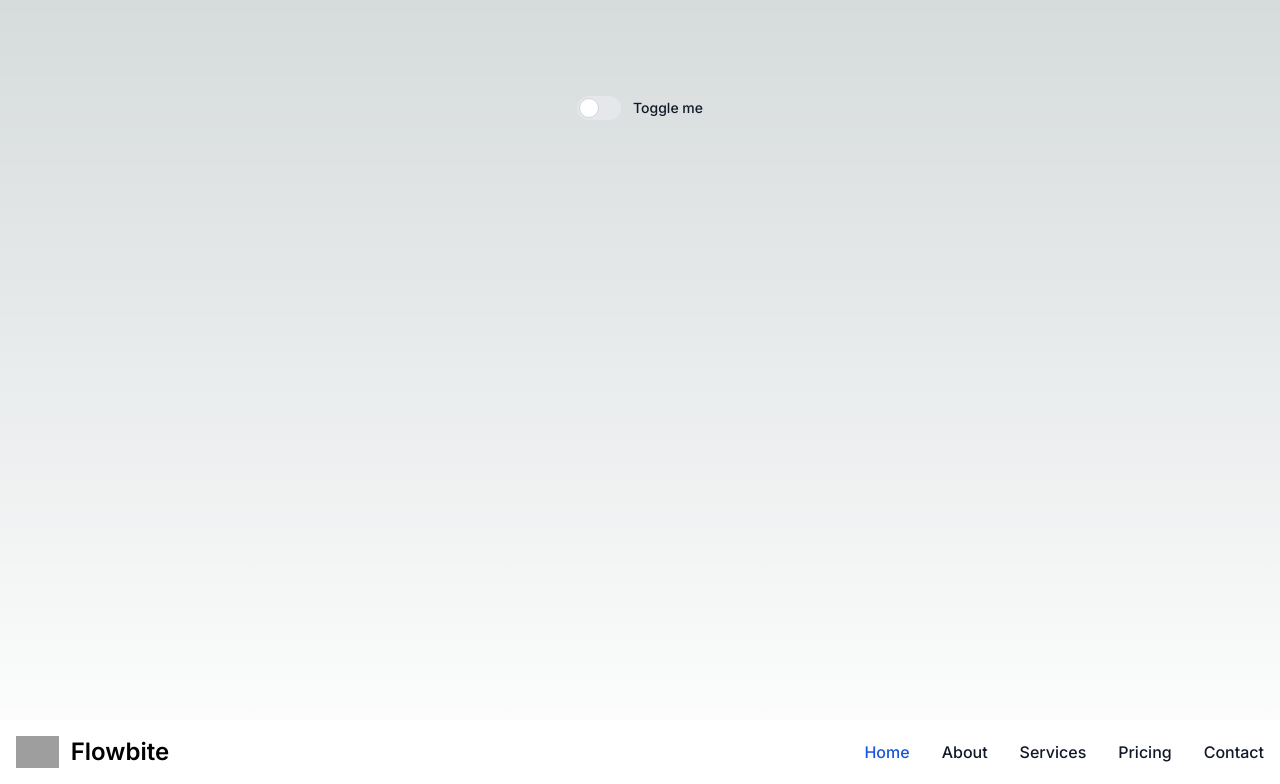
Repository: chapeee/Next-PortFolio-Site-Example-myselfraj-
Page: /
The author's editor kept a copy of each file at every save. The page is drawn from the files as they stood at one save, then again after the next save.
The browser window is 1280 px wide. The pictures show the whole page.
Pictures or frames that could not be fetched are drawn as grey boxes. The project was rebuilt for these pictures with package versions that can differ from the ones it lists, and the page was loaded fresh each time. The framework's server and built-in components were replaced by stand-ins that run in the browser. Also part of the build but not shown: next.config.mjs.

Above is the page before, as saved 2024-02-03 10:56:38.

After the next save:
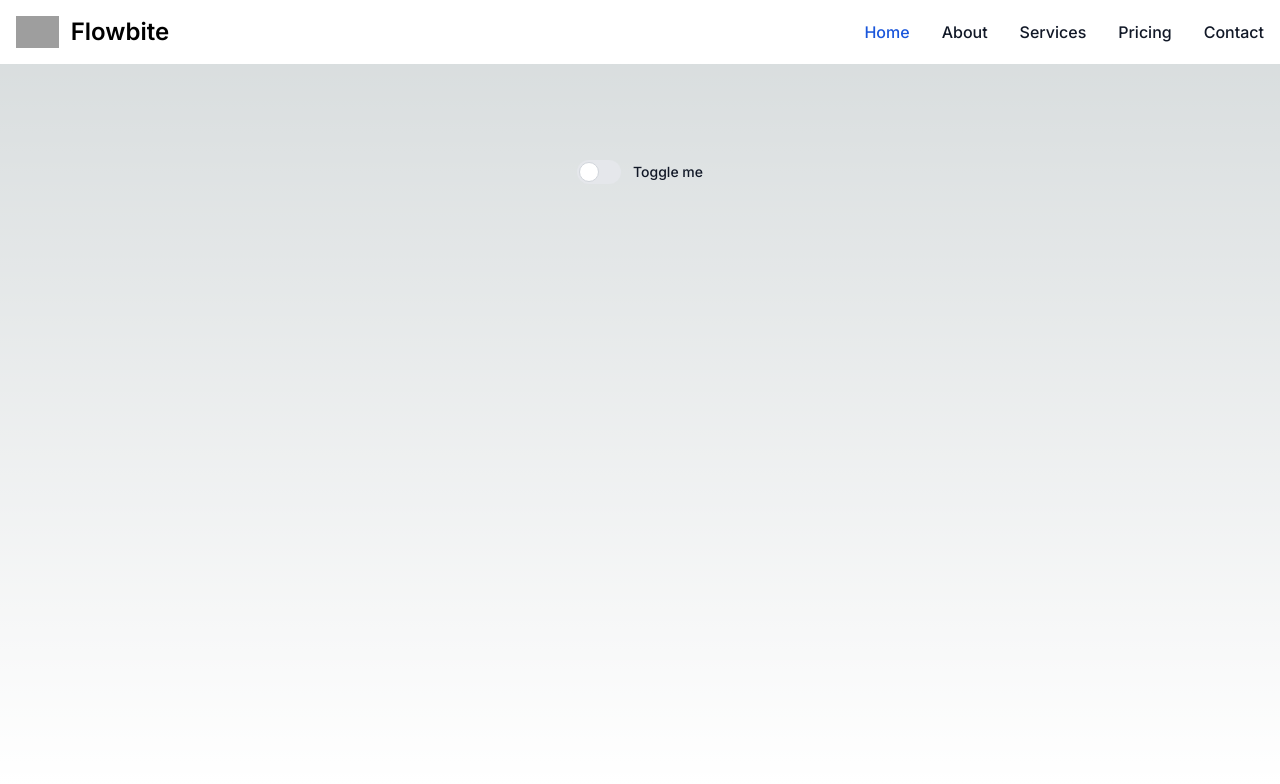
Saved 27 s later.
--- a/src/app/layout.tsx
+++ b/src/app/layout.tsx
@@ -5,7 +5,7 @@
 const inter = Inter({ subsets: ["latin"] });
 
 export const metadata: Metadata = {
-  title: "Create2 Next App",
+  title: "Create2  Next App",
   description: "Generated by create next app",
 };
 
@@ -16,10 +16,7 @@
 }>) {
   return (
     <html lang="en">
-      <body className={inter.className}>{children}</body>
-
-
-<nav className="bg-white border-gray-200 dark:bg-gray-900">
+      <nav className="bg-white border-gray-200 dark:bg-gray-900">
   <div className="max-w-screen-xl flex flex-wrap items-center justify-between mx-auto p-4">
     <a href="https://flowbite.com/" className="flex items-center space-x-3 rtl:space-x-reverse">
         <img src="https://flowbite.com/docs/images/logo.svg" className="h-8" alt="Flowbite Logo" />
@@ -50,6 +47,10 @@
     </div>
   </div>
 </nav>
+      <body className={inter.className}>{children}</body>
+
+
+
 
     </html>
   );

After the save that followed:
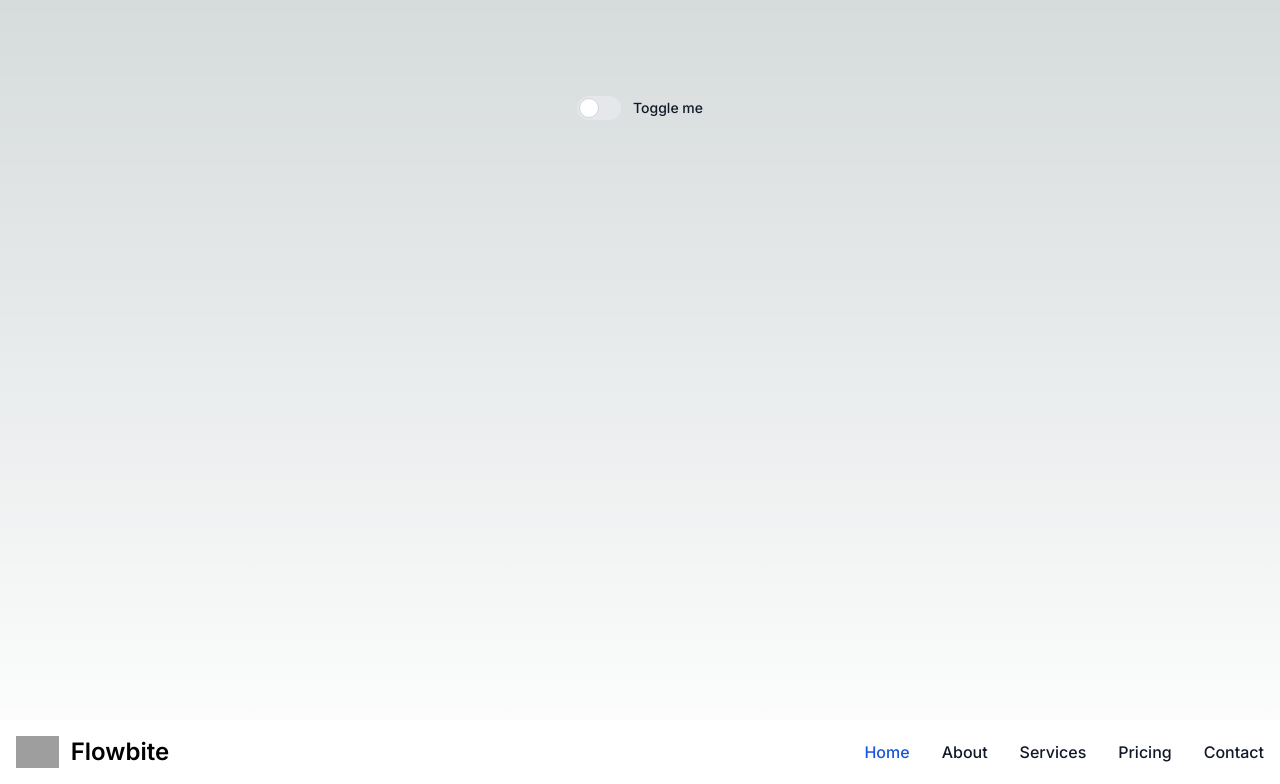
Saved 23 s later.
--- a/src/app/layout.tsx
+++ b/src/app/layout.tsx
@@ -16,7 +16,10 @@
 }>) {
   return (
     <html lang="en">
-      <nav className="bg-white border-gray-200 dark:bg-gray-900">
+      <body className={inter.className}>{children}</body>
+
+
+<nav className="bg-white border-gray-200 dark:bg-gray-900">
   <div className="max-w-screen-xl flex flex-wrap items-center justify-between mx-auto p-4">
     <a href="https://flowbite.com/" className="flex items-center space-x-3 rtl:space-x-reverse">
         <img src="https://flowbite.com/docs/images/logo.svg" className="h-8" alt="Flowbite Logo" />
@@ -47,10 +50,6 @@
     </div>
   </div>
 </nav>
-      <body className={inter.className}>{children}</body>
-
-
-
 
     </html>
   );
